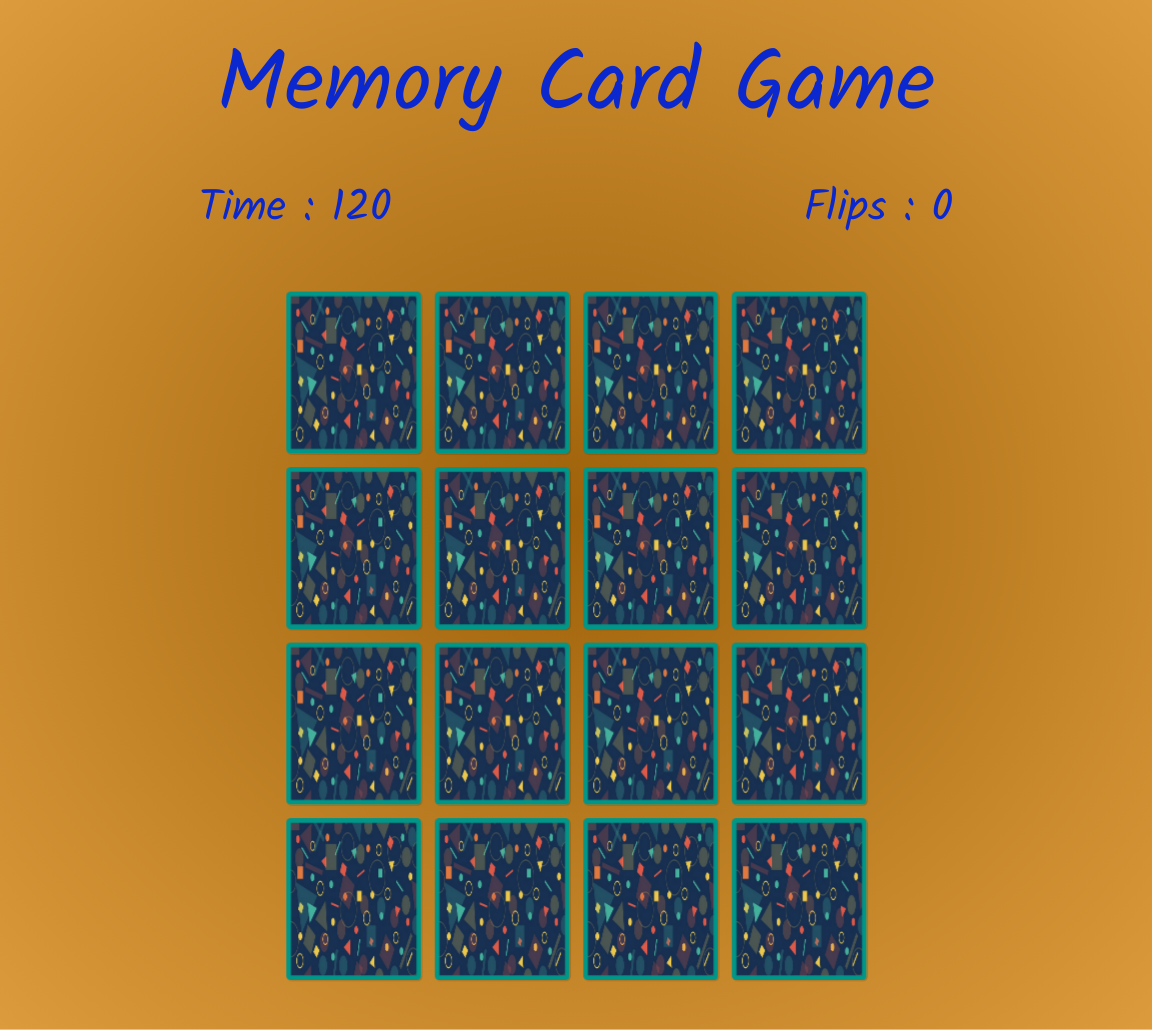
Repository: claudiadanaila1/Project-2--Interactive-FrontEnd---Memory-game
Page: index.html
The author's editor kept a record of every edit. The page is drawn from the files as they stood at one moment, then again after the next edit.
The browser window is 1280 px wide. The pictures show the whole page, at 90% of full size.

Above is the page before.

### index.html
<!DOCTYPE html>
<html lang="en">
<head>
    <meta charset="UTF-8">
    <meta name="viewport" content="width=device-width, initial-scale=1.0">
    <meta http-equiv="X-UA-Compatible" content="ie=edge">
    <link rel="stylesheet" href="css/style.css" type="text/css" />
    <title>Memory Card Game</title>
</head>
<body>
    <h1 class="title">Memory Card Game</h1>

    <div class="text-game ">Click to Start</div>
    <div class="text-game" id="game-over-text">Game Over
    <span class="text-game-restart">Click to Restart</span>
    </div>
    <div class ="text-game" id="victory-text">Congratulations you are a winner!
    <span class="text-game-restart">Click to Restart</span>
    </div>

    <div class="game-info-container">
      <div class="game-info">
        Time : <span id="time-remaining">120</span>
      </div>
      <div class="game-info">
        Flips : <span id="flips">0</span>
      </div>
    </div>

  <section class="memory-game-container">
      <div class="memory-card">
          <img class="card-front" src="assets/images/jelly1.jpg" alt="jelly-fish"/>
          <img class="card-back"  src="assets/images/background1.jpg" alt="lock" />
      </div>
      <div class="memory-card">
          <img class="card-front" src="assets/images/jelly1.jpg" alt="jelly-fish"/>
          <img class="card-back"  src="assets/images/background1.jpg" alt="lock" />
      </div>
      <div class="memory-card">
          <img class="card-front" src="assets/images/jelly2.jpg" alt="jelly-fish"/>
          <img class="card-back"  src="assets/images/background1.jpg" alt="lock" />
      </div>
      <div class="memory-card">
          <img class="card-front" src="assets/images/jelly2.jpg" alt="jelly-fish"/>
          <img class="card-back"  src="assets/images/background1.jpg" alt="lock" />
      </div>
      <div class="memory-card">
          <img class="card-front" src="assets/images/jelly3.jpg" alt="jelly-fish"/>
          <img class="card-back"  src="assets/images/background1.jpg" alt="lock" />
      </div>
      <div class="memory-card">
          <img class="card-front" src="assets/images/jelly3.jpg" alt="jelly-fish"/>
          <img class="card-back"  src="assets/images/background1.jpg" alt="lock" />
      </div>
      <div class="memory-card">
          <img class="card-front" src="assets/images/jelly4.jpg" alt="jelly-fish"/>
          <img class="card-back"  src="assets/images/background1.jpg" alt="lock" />
      </div>
      <div class="memory-card">
          <img class="card-front" src="assets/images/jelly4.jpg" alt="jelly-fish"/>
          <img class="card-back"  src="assets/images/background1.jpg" alt="lock" />
      </div>
      <div class="memory-card">
          <img class="card-front" src="assets/images/jelly5.jpg" alt="jelly-fish"/>
          <img class="card-back"  src="assets/images/background1.jpg" alt="lock" />
      </div>
      <div class="memory-card">
          <img class="card-front" src="assets/images/jelly5.jpg" alt="jelly-fish"/>
          <img class="card-back"  src="assets/images/background1.jpg" alt="lock" />
      </div>
      <div class="memory-card">
          <img class="card-front" src="assets/images/jelly6.jpg" alt="jelly-fish"/>
          <img class="card-back"  src="assets/images/background1.jpg" alt="lock" />
      </div>
      <div class="memory-card">
          <img class="card-front" src="assets/images/jelly6.jpg" alt="jelly-fish"/>
          <img class="card-back"  src="assets/images/background1.jpg" alt="lock" />
      </div>
      <div class="memory-card">
          <img class="card-front" src="assets/images/jelly7.jpg" alt="jelly-fish"/>
          <img class="card-back "  src="assets/images/background1.jpg" alt="lock" />
      </div>
       <div class="memory-card">
          <img class="card-front" src="assets/images/jelly7.jpg" alt="jelly-fish"/>
          <img class="card-back"  src="assets/images/background1.jpg" alt="lock" />
      </div>
      <div class="memory-card">
          <img class="card-front" src="assets/images/jelly8.jpg" alt="jelly-fish"/>
          <img class="card-back"  src="assets/images/background1.jpg" alt="lock" />
      </div>
      <div class="memory-card">
          <img class="card-front" src="assets/images/jelly8.jpg" alt="jelly-fish"/>
          <img class="card-back"  src="assets/images/background1.jpg" alt="lock" />
      </div>

  </section>
  <script type="text/javascript" src="script.js"></script>
</body>
</html>

### css/style.css
@import url('https://fonts.googleapis.com/css?family=Ubuntu&display=swap');

@import url('https://fonts.googleapis.com/css?family=Kalam&display=swap');


* {
    padding: 0;
    margin: 0;
    box-sizing: border-box;
}

html {
   min-height: 100vh;
    display: flex;
    background:radial-gradient(#9e620a, #dc9b3c);
}

body{
    margin:auto;
    justify-content:center;
}

/* title and game info container */

.title {
    font-family:"Kalam", sans-serif;
    font-size: 6em;
    text-align: center;
    font-weight: normal;
    color:#0a28ce;
    margin:20px;
}

.game-info-container {
    grid-column: 1/-1;
    justify-content: space-between;
    display: flex;
    margin-bottom:10px;
}

.game-info {
    font-family: "Kalam", sans-serif;
    font-size:3em;
    color:#0a28ce;
}

/* styles for the memory game container and cards */


.memory-game-container {
 display:grid;
  grid-template-columns: repeat(4, auto);
  grid-gap: 5px;
  margin: 50px;
  justify-content: center;
  perspective: 1000px;
}

.memory-card {
  width: 150px;
  height: 180px;
  margin: 5px;
  position: relative;
  transform: scale(1);
  transform-style: preserve-3d;
  transition: transform .5s;
  border-radius:5px;
  box-shadow: 1px 1px 1px rgba(0,0,0,.2);
}

.memory-card:active {
  transform: scale(0.96);
  transition: transform .3s ease-in;
}

.memory-card.flip {
  transform: rotateY(180deg);
}

.card-front,
.card-back {
  width: 100%;
  height: 100%;
  padding: 5px;
  position: absolute;
  border-radius: 5px;
  background: #009688;;
  backface-visibility: hidden;
}

.card-front {
  transform: rotateY(180deg);

}

/* game text for start, victory and game over */

.text-game {
    font-family: "Kalam", sans-serif;
    color:#0cb5dc;
    position:fixed;
    top:0;
    bottom:0;
    right:0;
    left:0;
    align-items:center;
    justify-content:center;
    z-index: 100;
    display:none;
}

.text-game-restart {
    font-size:4em;
}

.text-game.active {
    display:flex;
    flex-direction:column;
    animation:text-grow 500ms forwards;
}

@keyframes text-grow {
    from {
    background-color: rgba(0, 0, 0, 0);
    font-size: 0;
  }
  to {
    background-color: rgba(0, 0, 0, .8);
    font-size: 10em;
  }
}


/*media queries game info and memory game containers */

@media (max-width: 600px){
.memory-game-container {
     grid-template-columns: repeat(2, auto);
}
.game-info-container {
    flex-direction: column;
    align-items: center;
  }
}

Loaded but not shown: script.js (no copy from this time; the picture is the same without it)

After the next edit:
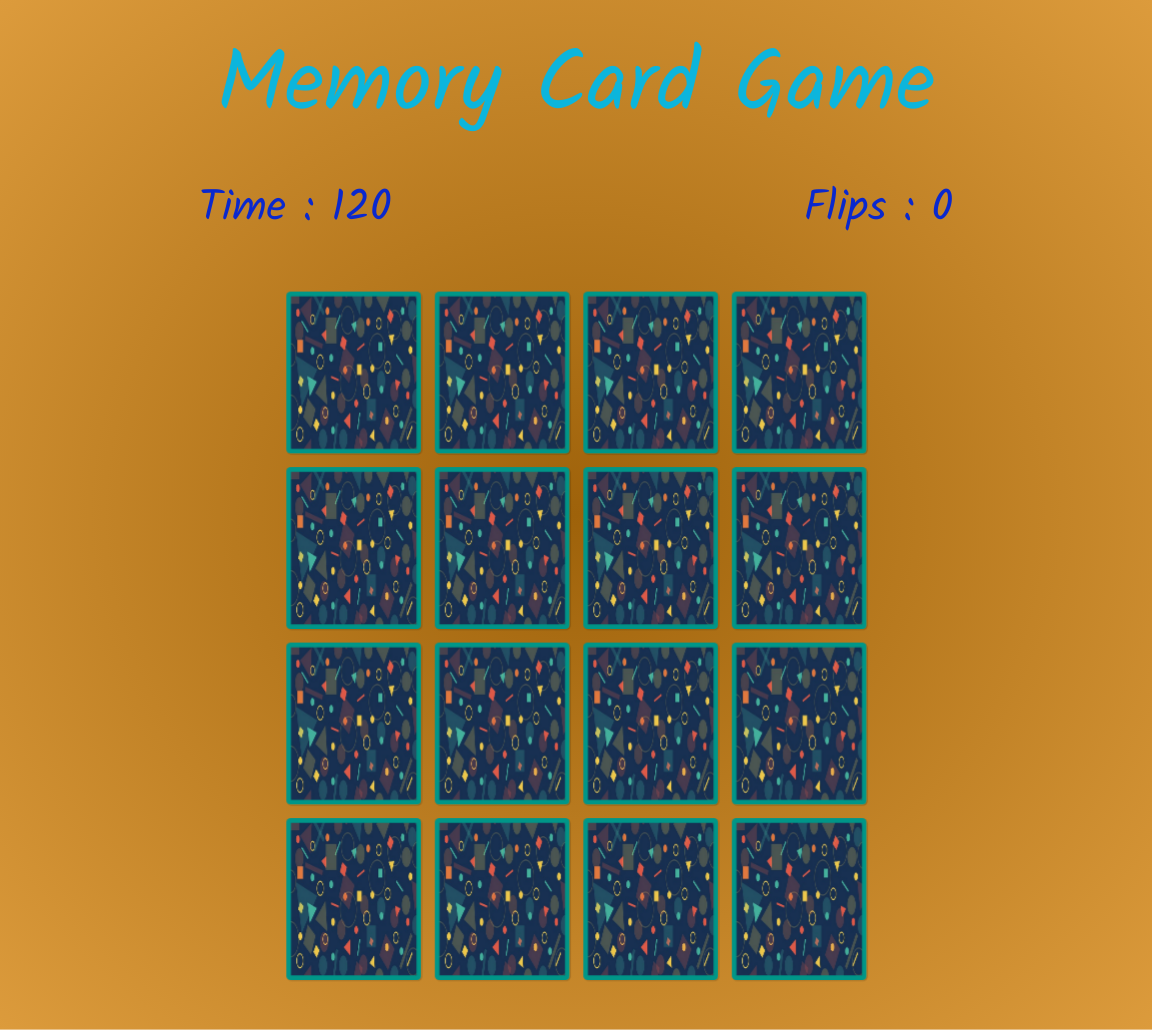
The edit:
--- a/css/style.css
+++ b/css/style.css
@@ -27,7 +27,7 @@
     font-size: 6em;
     text-align: center;
     font-weight: normal;
-    color:#0a28ce;
+    color:#0cb5dc;
     margin:20px;
 }
 
